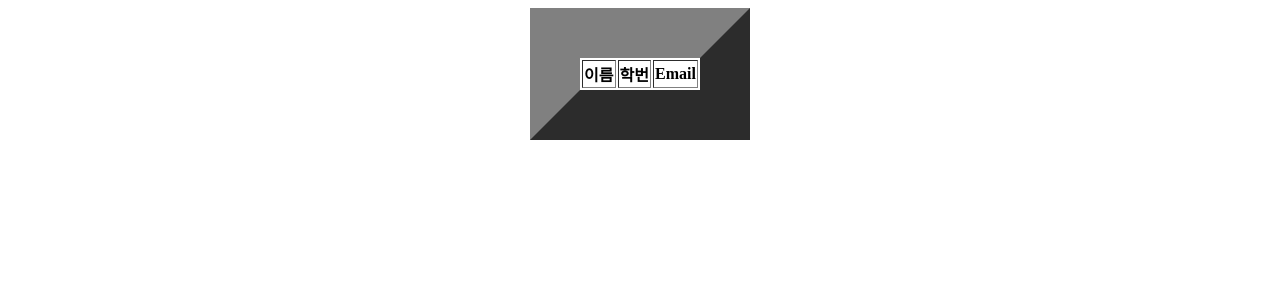
Repository: jungmintaeng/mini-ucampus
Page: http://localhost/ucam/stInfo.jsp
These files come from the project's save history. The page is drawn as it stood at one moment and after the next save; the edit follows.
The browser window is 1280 px wide. The pictures show the whole page.
The page is served by Tomcat 9. Queries for data that is not in the repository find no rows.

Above is the page before, as saved 2016-06-13 10:02:30.

After the next save:
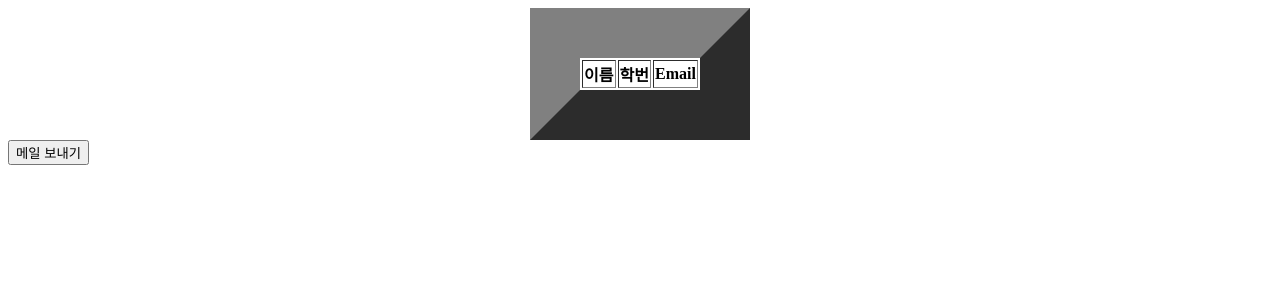
Saved 82 s later.
--- a/ucam/WebContent/stInfo.jsp
+++ b/ucam/WebContent/stInfo.jsp
@@ -74,5 +74,8 @@ Blob blob;
 				%>
 			</tbody>
 		</table>
+		<form action="Mail.html">
+		<input type="submit" value="메일 보내기">
+		</form>
 </body>
 </html>
